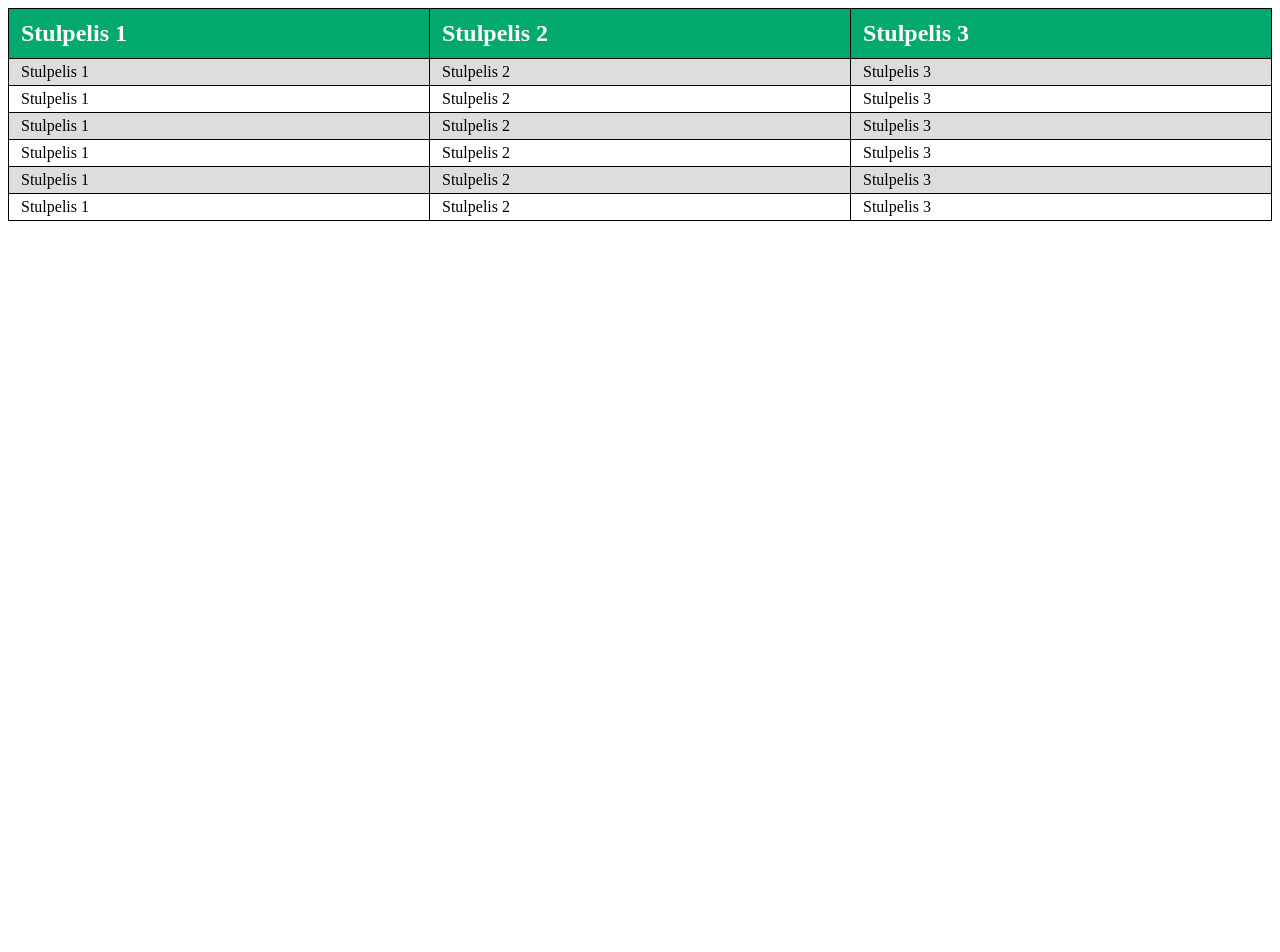
Repository: motiejus1/10-paskaita-05.31
Page: index.html
An editor plug-in stored every save of this project. The page is shown before and after the next save, followed by the edit.
The browser window is 1280 px wide. The pictures show the part of the page from y = 0 to 952 px (the page is 3229 px tall before and 3223 px after).
Backgrounds fixed to the window are drawn as part of the page.

Above is the page before, as saved 2021-06-16 20:02:17.

After the next save:
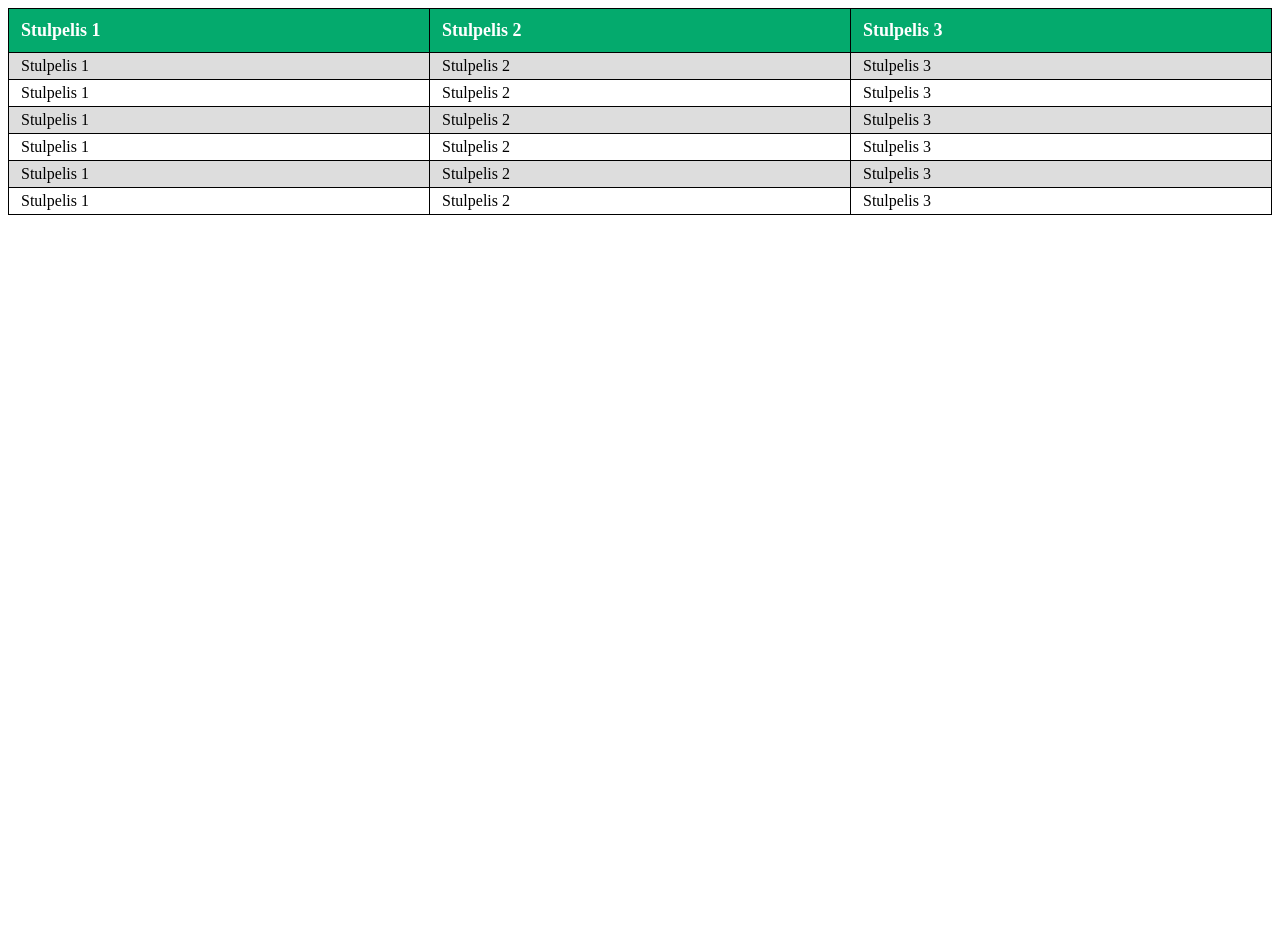
Saved 19 s later.
--- a/index.html
+++ b/index.html
@@ -70,7 +70,7 @@
             padding-bottom: 11px;
             background-color: #04AA6D;
             color:white;
-            font-size: 24px;
+            font-size: 18px;
         }
 
         td {
